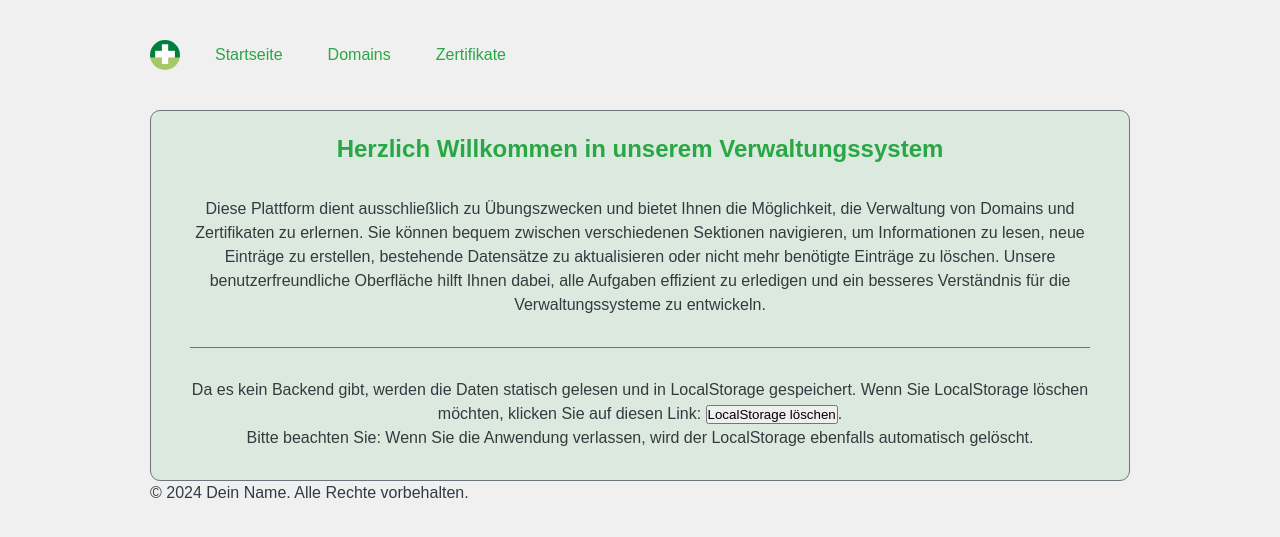
Repository: bajricadmir/verwaltungssystem-vanilla-html-css
Page: index.html
The author's editor kept a copy of each file at every save. The page is drawn from the files as they stood at one save, then again after the next save.
The browser window is 1280 px wide. The pictures show the whole page.

Above is the page before, as saved 2024-10-14 11:31:00.

### index.html
<!DOCTYPE html>
<html lang="en">
  <head>
    <meta charset="UTF-8" />
    <meta name="viewport" content="width=device-width, initial-scale=1.0" />
    <link
      rel="shortcut icon"
      href="./assets/images/favicon.ico"
      type="image/x-icon"
    />
    <link rel="stylesheet" href="style.css" />
    <title>Verwaltungssystem</title>
  </head>
  <body>
    <header class="header">
      <nav class="navigation">
        <img src="./assets/images/favicon.ico" alt="Logo" class="logo" />

        <ul class="nav-list">
          <li class="nav-item">
            <a class="nav-link" href="#home">Startseite</a>
          </li>
          <li class="nav-item">
            <a class="nav-link" href="#about">Domains</a>
          </li>
          <li class="nav-item">
            <a class="nav-link" href="#contact">Zertifikate</a>
          </li>
        </ul>
      </nav>
    </header>

    <main class="main-content">
      <section>
        <h1 class="alert-heading">
          Herzlich Willkommen in unserem Verwaltungssystem
        </h1>
        <p class="content-paragraph">
          Diese Plattform dient ausschließlich zu Übungszwecken und bietet Ihnen
          die Möglichkeit, die Verwaltung von Domains und Zertifikaten zu
          erlernen. Sie können bequem zwischen verschiedenen Sektionen
          navigieren, um Informationen zu lesen, neue Einträge zu erstellen,
          bestehende Datensätze zu aktualisieren oder nicht mehr benötigte
          Einträge zu löschen. Unsere benutzerfreundliche Oberfläche hilft Ihnen
          dabei, alle Aufgaben effizient zu erledigen und ein besseres
          Verständnis für die Verwaltungssysteme zu entwickeln.
        </p>
      </section>

      <div class="divider"></div>

      <section>
        <p class="content-paragraph">
          Da es kein Backend gibt, werden die Daten statisch gelesen und in
          LocalStorage gespeichert. Wenn Sie LocalStorage löschen möchten,
          klicken Sie auf diesen Link:
          <button type="button" class="btn">LocalStorage löschen</button>.<br />
          Bitte beachten Sie: Wenn Sie die Anwendung verlassen, wird der
          LocalStorage ebenfalls automatisch gelöscht.
        </p>
      </section>
    </main>

    <footer>
      <p>&copy; 2024 Dein Name. Alle Rechte vorbehalten.</p>
    </footer>
  </body>
</html>

### style.css
:root {
  --primary-color: #007bff;
  --secondary-color: #6c757d;
  --success-color: #28a745;
  --success-color-hover: #218838;
  --success-color-bgc: #d4edda;
  --danger-color: #dc3545;
  --warning-color: #ffc107;
  --info-color: #17a2b8;
  --light-color: #f8f9fa;
  --dark-color: #343a40;

  --font-size-base: 16px;
  --font-family-base: "Arial", sans-serif;
  --background-color: #f0f0f0;
}

* {
  margin: 0;
  padding: 0;
  box-sizing: border-box;
}

html,
body {
  height: 100%;
  font-family: var(--font-family-base);
  line-height: 1.5;
}

body {
  padding: 40px 150px;
  background-color: var(--background-color);
  color: var(--dark-color);
}

ul {
  list-style: none;
}

a {
  text-decoration: none;
  color: inherit;
}

button {
  cursor: pointer;
}

table {
  border-collapse: collapse;
  width: 100%;
}

.navigation {
  display: flex;
  align-items: center;
}

.logo {
  width: 30px;
  height: 30px;
  border-radius: 50%;
  margin-right: 20px;
}

.nav-list {
  display: flex;
  align-items: center;
}

.nav-item {
  margin-right: 15px;
}

.nav-item:last-child {
  margin-right: 0;
}

.nav-item a {
  color: var(--success-color);
  transition: color 0.3s ease;
  padding: 10px 15px;
  border-radius: 5px;
}

.nav-item a:hover {
  color: var(--success-color-hover);
  background-color: rgba(40, 167, 69, 0.1);
}

.main-content {
  display: flex;
  flex-direction: column;
  align-items: center;
  margin-top: 40px;
  background-color: rgba(40, 167, 69, 0.1);
  padding: 20px 15px;
  border: 0.1px solid var(--secondary-color);
  border-radius: 10px;
}

.alert-heading {
  color: var(--success-color);
  padding-bottom: 20px;
}

.content-paragraph {
  padding: 10px;
}

section {
  text-align: center;
}

.divider {
  width: 95%;
  height: 1px;
  background-color: var(--secondary-color);
  margin: 20px 0;
}

After the next save:
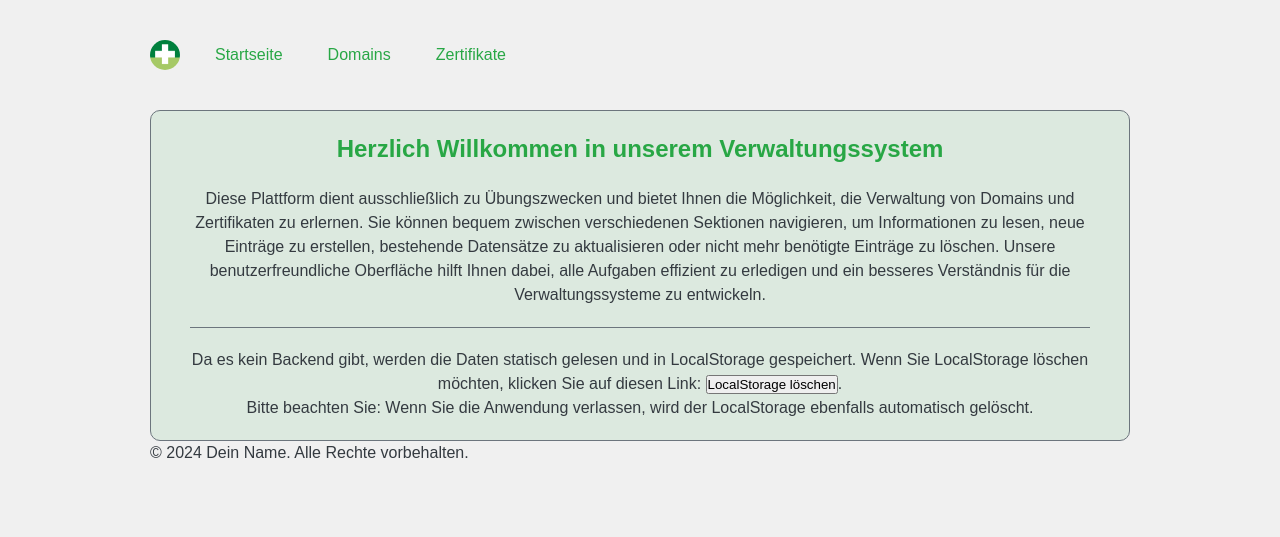
Saved 13 min 11 s later.
--- a/index.html
+++ b/index.html
@@ -35,7 +35,7 @@
         <h1 class="alert-heading">
           Herzlich Willkommen in unserem Verwaltungssystem
         </h1>
-        <p class="content-paragraph">
+        <p class="main-content-paragraph">
           Diese Plattform dient ausschließlich zu Übungszwecken und bietet Ihnen
           die Möglichkeit, die Verwaltung von Domains und Zertifikaten zu
           erlernen. Sie können bequem zwischen verschiedenen Sektionen
@@ -50,7 +50,7 @@
       <div class="divider"></div>
 
       <section>
-        <p class="content-paragraph">
+        <p class="main-content-paragraph">
           Da es kein Backend gibt, werden die Daten statisch gelesen und in
           LocalStorage gespeichert. Wenn Sie LocalStorage löschen möchten,
           klicken Sie auf diesen Link:

After the save that followed:
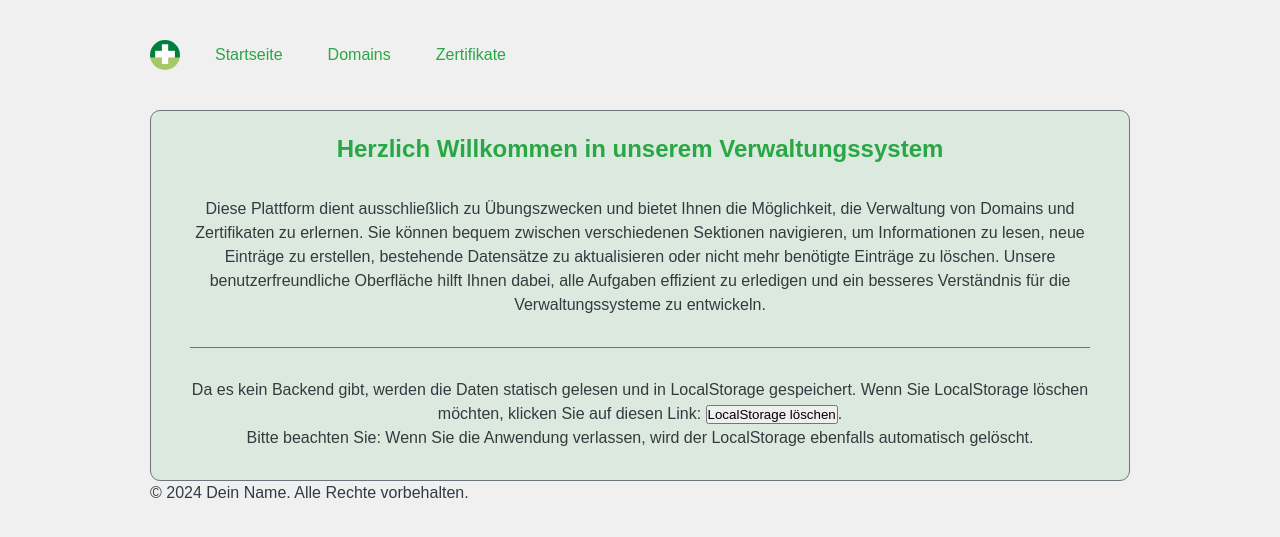
Saved 3 min 5 s later.
--- a/style.css
+++ b/style.css
@@ -105,7 +105,7 @@ table {
   padding-bottom: 20px;
 }
 
-.content-paragraph {
+.main-content-paragraph {
   padding: 10px;
 }
 
